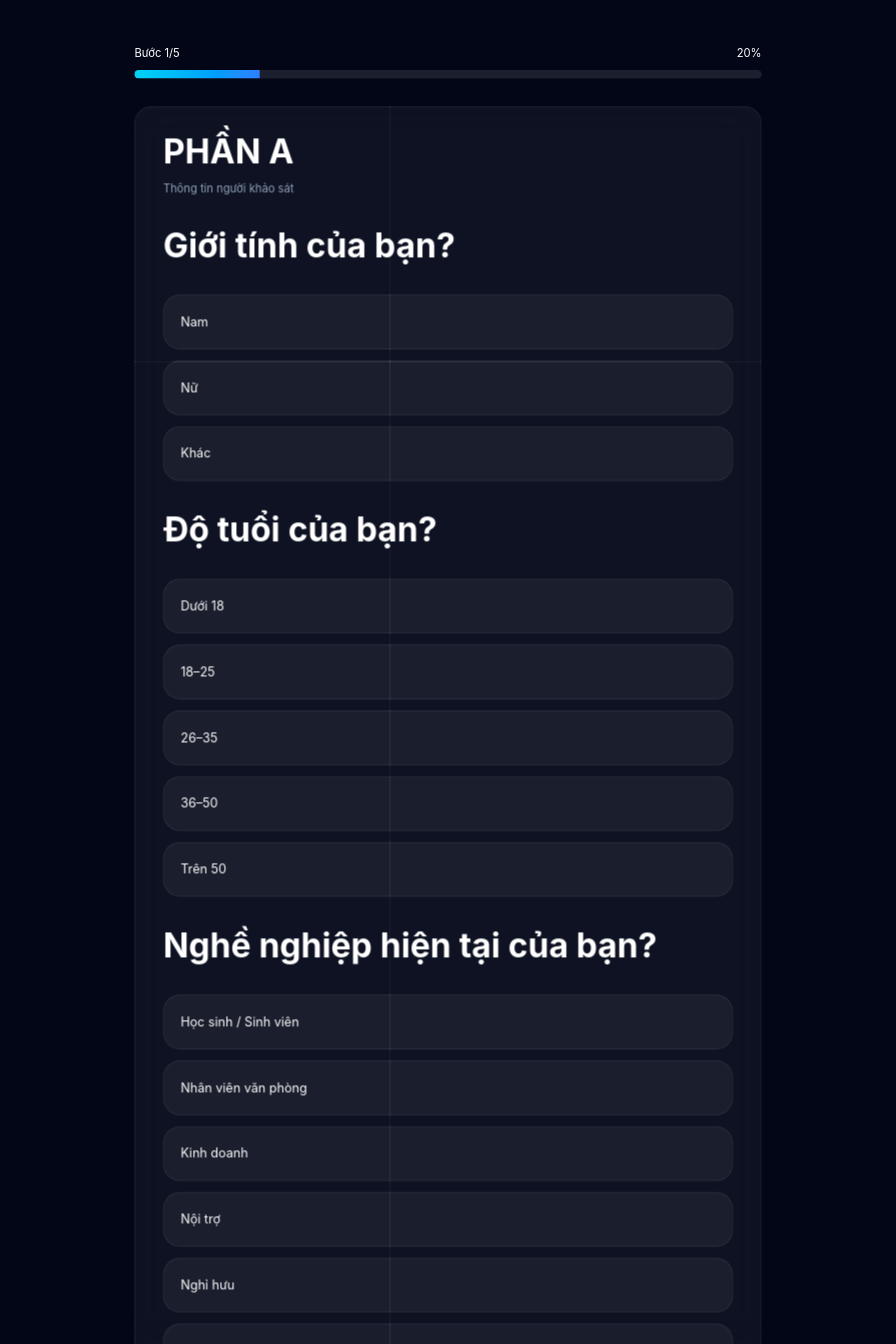
Repository: LuongPTCE181311/smart-pillow-survey
Page: /survey (app in frontend/)
An editor plug-in stored every save of this project. The page is shown before and after a run of saves, followed by the edit.
The browser window is 1280 px wide. The pictures show the part of the page from y = 0 to 1920 px (the page is 3074 px tall before and 3122 px after), at 70% of full size.
The project was rebuilt for these pictures with package versions that can differ from the ones it lists, and the page was loaded fresh each time. Also part of the build but not shown: frontend/vite.config.js, frontend/src/components/Navbar.jsx, frontend/src/components/AnimatedBackground.jsx, frontend/src/components/ProductShowcase.jsx, frontend/src/components/HeroSection.jsx, frontend/src/components/VideoSection.jsx, frontend/src/components/ProblemSection.jsx, frontend/src/components/SolutionSection.jsx and 2 more. Imported but missing from the stored project, and not drawn on this page: frontend/src/assets/video.mp4.

Above is the page before, as saved 2026-06-03 19:31:48.

### frontend/src/main.jsx
import ReactDOM from "react-dom/client";
import { BrowserRouter } from "react-router-dom";

import App from "./App";
import "./index.css";

ReactDOM.createRoot(document.getElementById("root")).render(
  <BrowserRouter>
    <App />
  </BrowserRouter>,
);

### frontend/src/App.jsx
import AppRoutes from "./routes/AppRoutes";

function App() {
  return <AppRoutes />;
}

export default App;

### frontend/src/index.css
@import "tailwindcss";

html,
body,
#root {
  width: 100%;
  min-height: 100%;
  margin: 0;
  padding: 0;
}

body {
  font-family: Inter, sans-serif;
  background: #0f172a;
}

### frontend/src/routes/AppRoutes.jsx
import { Routes, Route } from "react-router-dom";

import LandingPage from "../pages/LandingPage";
import SurveyPage from "../pages/SurveyPage";

export default function AppRoutes() {
  return (
    <Routes>
      <Route path="/" element={<LandingPage />} />

      <Route path="/survey" element={<SurveyPage />} />
    </Routes>
  );
}

### frontend/src/pages/SurveyPage.jsx
import { useState } from "react";

import ProgressBar from "../components/ProgressBar";
import QuestionCard from "../components/QuestionCard";
import surveyQuestions from "../data/surveyQuestions";
import surveySteps from "../data/surveySteps";
import { motion } from "framer-motion";

export default function SurveyPage() {
  const [step, setStep] = useState(1);
  const [answers, setAnswers] = useState({});
  const totalSteps = surveySteps.length;

  const current = surveySteps[step - 1];

  const handleAnswer = (id, value) => {
    setAnswers((prev) => ({
      ...prev,
      [id]: value,
    }));
  };
  const sectionKeys = ["A", "B", "C", "D", "E"];
  const currentQuestions = surveyQuestions[sectionKeys[step - 1]] || [];

  return (
    <div
      className="
      min-h-screen

      bg-[#020617]

      text-white

      px-6
      py-16
      "
    >
      <div className="max-w-4xl mx-auto">
        <ProgressBar currentStep={step} totalSteps={totalSteps} />

        <div
          className="
            p-10
            rounded-3xl
            bg-white/5
            backdrop-blur-xl
            border border-white/10
            "
        >
          <h1 className="text-5xl font-bold">{current.title}</h1>

          <p className="mt-4 text-slate-400">{current.description}</p>

          <div className="mt-10">
            {currentQuestions.map((q) => (
              <QuestionCard
                key={q.id}
                question={q}
                value={answers[q.id]}
                onChange={handleAnswer}
              />
            ))}
          </div>
        </div>

        <div className="flex justify-between mt-10">
          <button
            disabled={step === 1}
            onClick={() => setStep(step - 1)}
            className="
            px-6 py-3

            rounded-xl

            bg-white/10

            disabled:opacity-30
            "
          >
            Quay lại
          </button>

          <button
            disabled={step === totalSteps}
            onClick={() => setStep(step + 1)}
            className="
            px-6 py-3

            rounded-xl

            bg-cyan-500
            "
          >
            Tiếp tục
          </button>
        </div>
      </div>
    </div>
  );
}

### frontend/src/components/ProgressBar.jsx
export default function ProgressBar({ currentStep, totalSteps }) {
  const percent = (currentStep / totalSteps) * 100;

  return (
    <div className="mb-10">
      <div className="flex justify-between mb-3">
        <span>
          Bước {currentStep}/{totalSteps}
        </span>

        <span>{percent.toFixed(0)}%</span>
      </div>

      <div
        className="
        h-3
        bg-white/10
        rounded-full
        overflow-hidden
        "
      >
        <div
          style={{
            width: `${percent}%`,
          }}
          className="
          h-full

          bg-gradient-to-r
          from-cyan-400
          to-blue-500

          transition-all
          duration-500
          "
        />
      </div>
    </div>
  );
}

### frontend/src/components/QuestionCard.jsx
export default function QuestionCard({ question, value, onChange }) {
  return (
    <div className="mb-10">
      <h2
        className="
        text-4xl
        md:text-5xl

        font-bold

        leading-tight

        mb-10
        "
      >
        {question.question}
      </h2>
      {question.type === "radio" &&
        question.options.map((option) => {
          const selected = value === option;

          return (
            <div
              key={option}
              onClick={() => onChange(question.id, option)}
              className={`
          p-6
          rounded-3xl
          mb-4
          cursor-pointer

          transition-all
          duration-300

          border

          ${
            selected
              ? `
                border-cyan-400
                bg-cyan-500/10
                scale-[1.02]
                shadow-[0_0_40px_rgba(6,182,212,0.3)]
              `
              : `
                border-white/10
                bg-white/5
                hover:border-cyan-400/50
              `
          }
        `}
            >
              <span className="text-lg">{option}</span>
            </div>
          );
        })}
      {question.type === "checkbox" &&
        question.options.map((option) => (
          <label
            key={option}
            className="
        block
        p-5
        rounded-2xl
        bg-white/5
        border
        border-white/10
        mb-3
        cursor-pointer
        hover:border-cyan-400
        "
          >
            <input
              type="checkbox"
              checked={value?.includes(option) || false}
              onChange={(e) => {
                let updated = value || [];

                if (e.target.checked) {
                  updated = [...updated, option];
                } else {
                  updated = updated.filter((item) => item !== option);
                }

                onChange(question.id, updated);
              }}
              className="mr-3"
            />

            {option}
          </label>
        ))}
      {question.type === "textarea" && (
        <textarea
          value={value || ""}
          onChange={(e) => onChange(question.id, e.target.value)}
          rows={5}
          placeholder="Nhập ý kiến của bạn..."
          className="
      w-full

      p-5

      rounded-2xl

      bg-white/5

      border border-white/10

      outline-none

      focus:border-cyan-400
      "
        />
      )}
    </div>
  );
}

### frontend/src/data/surveyQuestions.js
const surveyQuestions = {
  A: [
    {
      id: "gender",
      type: "radio",
      question: "Giới tính của bạn?",
      options: ["Nam", "Nữ", "Khác"],
    },
    {
      id: "age",
      type: "radio",
      question: "Độ tuổi của bạn?",
      options: ["Dưới 18", "18–25", "26–35", "36–50", "Trên 50"],
    },
    {
      id: "job",
      type: "radio",
      question: "Nghề nghiệp hiện tại của bạn?",
      options: [
        "Học sinh / Sinh viên",
        "Nhân viên văn phòng",
        "Kinh doanh",
        "Nội trợ",
        "Nghỉ hưu",
        "Khác",
      ],
    },
    {
      id: "living",
      type: "radio",
      question: "Bạn hiện đang:",
      options: [
        "Sống cùng người lớn tuổi",
        "Có người thân lớn tuổi ở xa",
        "Chăm sóc người lớn tuổi",
        "Không liên quan",
      ],
    },
    {
      id: "elderly",
      type: "radio",
      question: "Trong gia đình bạn có người trên 60 tuổi không?",
      options: ["Có", "Không"],
    },
  ],

  B: [
    {
      id: "sleep_problem",
      type: "radio",
      question:
        "Người lớn tuổi trong gia đình bạn có gặp vấn đề về giấc ngủ không?",
      options: ["Thường xuyên", "Thỉnh thoảng", "Hiếm khi", "Không"],
    },
    {
      id: "sleep_issue",
      type: "checkbox",
      question: "Các vấn đề thường gặp là gì?",
      options: [
        "Khó ngủ",
        "Mất ngủ",
        "Thức giấc giữa đêm",
        "Ngáy lớn",
        "Khó thở khi ngủ",
        "Khác",
      ],
    },
    {
      id: "worry",
      type: "radio",
      question:
        "Bạn có từng lo lắng về sức khỏe người lớn tuổi vào ban đêm không?",
      options: ["Rất lo lắng", "Có lo lắng", "Bình thường", "Không"],
    },
    {
      id: "sleep_apnea",
      type: "radio",
      question: "Bạn có từng nghe về hội chứng ngưng thở khi ngủ chưa?",
      options: ["Có", "Chưa"],
    },
    {
      id: "danger",
      type: "radio",
      question: "Theo bạn, ngưng thở khi ngủ có nguy hiểm không?",
      options: ["Rất nguy hiểm", "Có nguy hiểm", "Bình thường", "Không biết"],
    },
    {
      id: "monitor_method",
      type: "radio",
      question:
        "Gia đình bạn hiện đang theo dõi sức khỏe người lớn tuổi bằng cách nào?",
      options: [
        "Theo dõi trực tiếp",
        "Smartwatch",
        "Camera",
        "Thiết bị y tế",
        "Chưa có giải pháp",
      ],
    },
    {
      id: "difficulty",
      type: "radio",
      question:
        "Theo bạn, khó khăn lớn nhất khi chăm sóc người lớn tuổi là gì?",
      options: [
        "Không thể theo dõi 24/7",
        "Thiếu kiến thức y tế",
        "Người lớn tuổi khó dùng công nghệ",
        "Chi phí cao",
        "Khác",
      ],
    },
    {
      id: "emergency",
      type: "radio",
      question:
        "Bạn có từng gặp trường hợp khẩn cấp về sức khỏe vào ban đêm chưa?",
      options: ["Có", "Chưa"],
    },
    {
      id: "importance",
      type: "radio",
      question:
        "Theo bạn, việc phát hiện sớm dấu hiệu bất thường khi ngủ có quan trọng không?",
      options: [
        "Rất quan trọng",
        "Quan trọng",
        "Bình thường",
        "Không quan trọng",
      ],
    },
    {
      id: "night_check",
      type: "radio",
      question:
        "Bạn có thường xuyên kiểm tra tình trạng sức khỏe người thân vào ban đêm không?",
      options: ["Có", "Thỉnh thoảng", "Hiếm khi", "Không"],
    },
  ],

  C: [
    {
      id: "idea",
      type: "radio",
      question:
        "Bạn thấy ý tưởng 'gối thông minh theo dõi sức khỏe' như thế nào?",
      options: ["Rất sáng tạo", "Hữu ích", "Bình thường", "Không cần thiết"],
    },
    {
      id: "favorite_feature",
      type: "radio",
      question: "Bạn thích điểm nào nhất của sản phẩm?",
      options: [
        "Không cần đeo thiết bị",
        "Theo dõi nhịp tim",
        "Phát hiện ngưng thở",
        "Gửi cảnh báo",
        "Theo dõi giấc ngủ",
      ],
    },
    {
      id: "better_than_watch",
      type: "radio",
      question:
        "Theo bạn, việc không cần đeo thiết bị có tiện lợi hơn smartwatch không?",
      options: ["Có", "Không", "Không chắc"],
    },
    {
      id: "easy_to_use",
      type: "radio",
      question: "Bạn có nghĩ người lớn tuổi sẽ dễ sử dụng sản phẩm này không?",
      options: ["Rất dễ", "Dễ", "Khó", "Rất khó"],
    },
    {
      id: "most_important_feature",
      type: "radio",
      question: "Bạn thấy chức năng nào quan trọng nhất?",
      options: [
        "Theo dõi nhịp tim",
        "Phát hiện khó thở",
        "Cảnh báo khẩn cấp",
        "Theo dõi giấc ngủ",
        "Báo thức rung",
      ],
    },
    {
      id: "phone_alert",
      type: "radio",
      question:
        "Bạn có muốn nhận cảnh báo qua điện thoại khi có bất thường không?",
      options: ["Có", "Không"],
    },
    {
      id: "alert_channel",
      type: "radio",
      question: "Theo bạn, cảnh báo nên gửi qua đâu?",
      options: ["Telegram", "Ứng dụng điện thoại", "SMS", "Cuộc gọi tự động"],
    },
    {
      id: "sleep_report",
      type: "radio",
      question: "Bạn có muốn xem thống kê giấc ngủ hàng ngày không?",
      options: ["Có", "Không"],
    },
    {
      id: "stroke_ai",
      type: "radio",
      question:
        "Bạn có quan tâm đến tính năng AI dự đoán nguy cơ đột quỵ không?",
      options: ["Rất quan tâm", "Có quan tâm", "Bình thường", "Không quan tâm"],
    },
    {
      id: "smart_home",
      type: "radio",
      question: "Bạn có muốn sản phẩm kết nối với nhà thông minh không?",
      options: ["Có", "Không"],
    },
  ],

  D: [
    {
      id: "budget",
      type: "radio",
      question: "Bạn sẵn sàng chi bao nhiêu cho sản phẩm này?",
      options: ["Dưới 3 triệu", "3–4 triệu", "4–6 triệu", "Trên 6 triệu"],
    },
    {
      id: "reasonable_price",
      type: "radio",
      question: "Theo bạn, mức giá nào là hợp lý nhất?",
      options: ["3 triệu", "3–5 triệu", "5–6 triệu", "Trên 6 triệu"],
    },
    {
      id: "buy_future",
      type: "radio",
      question: "Bạn có sẵn sàng mua sản phẩm này trong tương lai không?",
      options: ["Có", "Có thể", "Không"],
    },
    {
      id: "best_market",
      type: "radio",
      question: "Bạn nghĩ sản phẩm này phù hợp nhất ở đâu?",
      options: [
        "Gia đình",
        "Bệnh viện",
        "Trung tâm dưỡng lão",
        "Chăm sóc tại nhà",
      ],
    },
    {
      id: "recommend",
      type: "radio",
      question: "Bạn có sẵn sàng giới thiệu sản phẩm cho người khác không?",
      options: ["Có", "Có thể", "Không"],
    },
  ],

  E: [
    {
      id: "improve",
      type: "textarea",
      question: "Theo bạn, sản phẩm cần cải thiện điều gì?",
    },
    {
      id: "additional_feature",
      type: "textarea",
      question: "Bạn mong muốn thêm tính năng nào khác?",
    },
    {
      id: "project_feedback",
      type: "textarea",
      question: "Bạn có góp ý gì cho dự án Respyn?",
    },
  ],
};

export default surveyQuestions;

### frontend/src/data/surveySteps.js
const surveySteps = [
  {
    title: "PHẦN A",
    description: "Thông tin người khảo sát",
  },
  {
    title: "PHẦN B",
    description: "Khảo sát thực trạng",
  },
  {
    title: "PHẦN C",
    description: "Đánh giá sản phẩm",
  },
  {
    title: "PHẦN D",
    description: "Khảo sát thị trường & giá",
  },
  {
    title: "PHẦN E",
    description: "Ý kiến cá nhân",
  },
];

export default surveySteps;

After the next 2 saves:
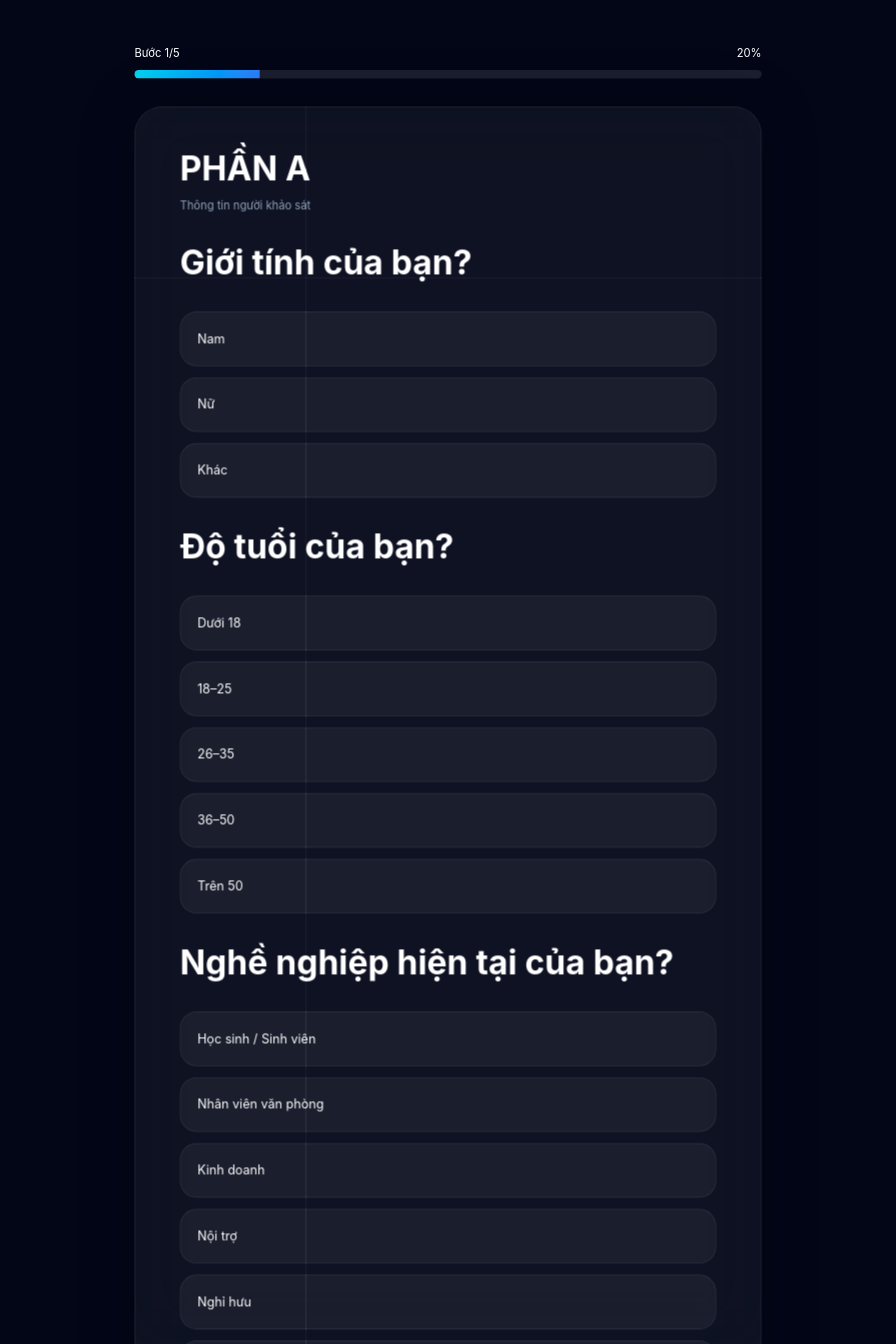
The 2 saves are shown as one change because they came seconds apart.
The last was saved 3 min 56 s later.
--- a/frontend/src/pages/SurveyPage.jsx
+++ b/frontend/src/pages/SurveyPage.jsx
@@ -38,14 +38,33 @@ export default function SurveyPage() {
       <div className="max-w-4xl mx-auto">
         <ProgressBar currentStep={step} totalSteps={totalSteps} />
 
-        <div
+        <motion.div
+          initial={{
+            opacity: 0,
+            y: 40,
+          }}
+          animate={{
+            opacity: 1,
+            y: 0,
+          }}
+          transition={{
+            duration: 0.5,
+          }}
           className="
-            p-10
-            rounded-3xl
-            bg-white/5
-            backdrop-blur-xl
-            border border-white/10
-            "
+    p-10
+    md:p-16
+
+    rounded-[40px]
+
+    bg-white/5
+
+    backdrop-blur-2xl
+
+    border
+    border-white/10
+
+    shadow-[0_0_80px_rgba(0,0,0,0.3)]
+  "
         >
           <h1 className="text-5xl font-bold">{current.title}</h1>
 
@@ -61,7 +80,7 @@ export default function SurveyPage() {
               />
             ))}
           </div>
-        </div>
+        </motion.div>
 
         <div className="flex justify-between mt-10">
           <button
